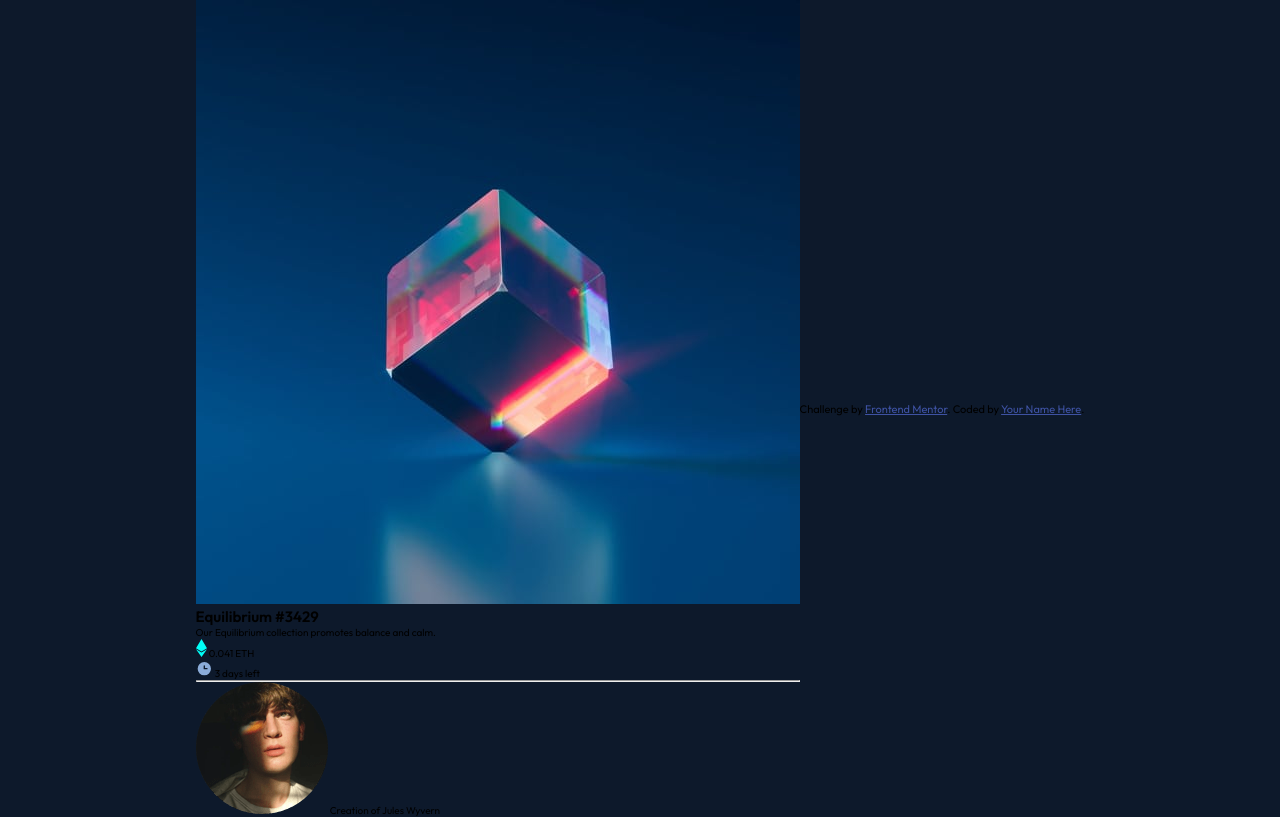
Repository: thaibaocoder1/nft-preview-card-component
Page: index.html
The author's editor kept a copy of each file at every save. The page is drawn from the files as they stood at one save, then again after a run of saves.
The browser window is 1280 px wide. The pictures show the whole page.

Above is the page before, as saved 2023-01-06 18:28:03.

After the next 4 saves:
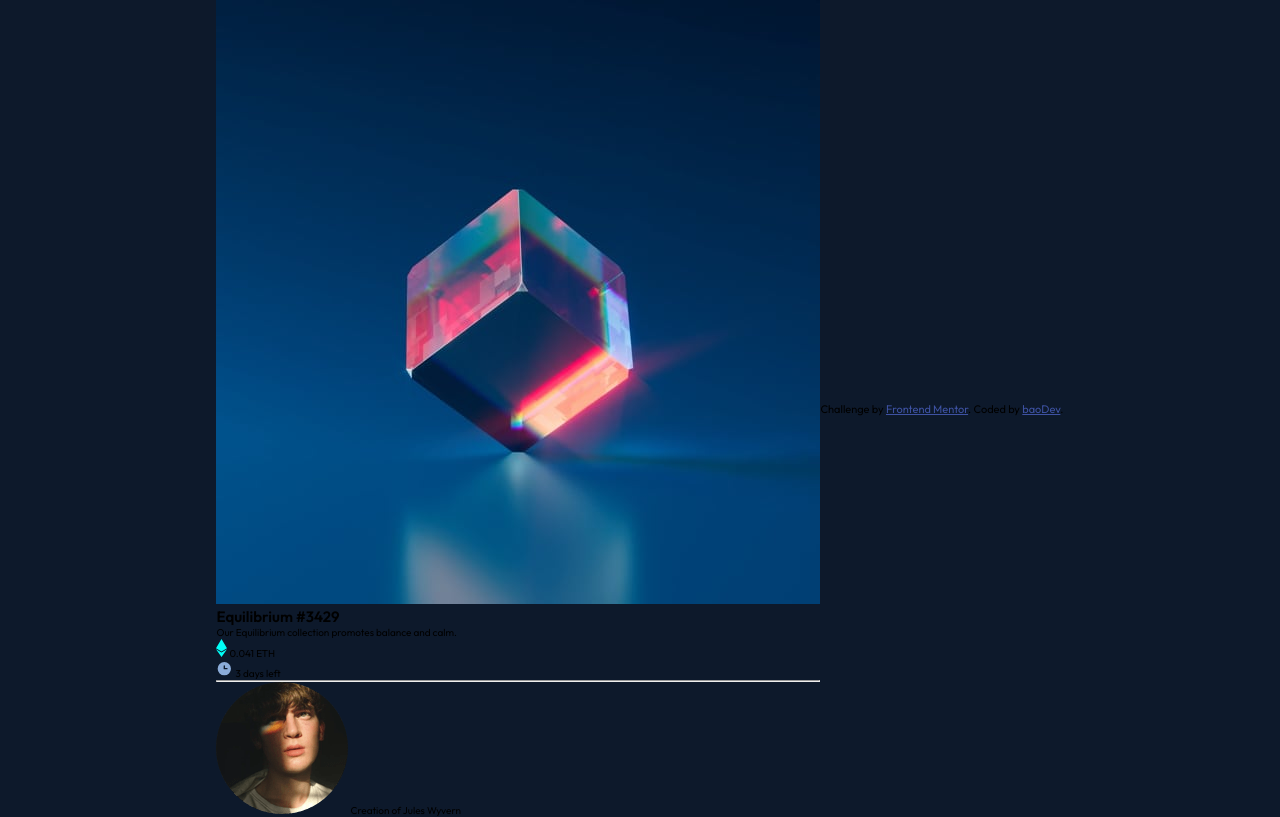
The 4 saves are shown as one change because they came seconds apart.
The last was saved 7 s later.
--- a/index.html
+++ b/index.html
@@ -40,7 +40,7 @@
 
   <div class="attribution">
     Challenge by <a href="https://www.frontendmentor.io?ref=challenge" target="_blank">Frontend Mentor</a>.
-    Coded by <a href="#">Your Name Here</a>.
+    Coded by <a href="#">baoDev</a>.
   </div>
 </body>
 </html>
